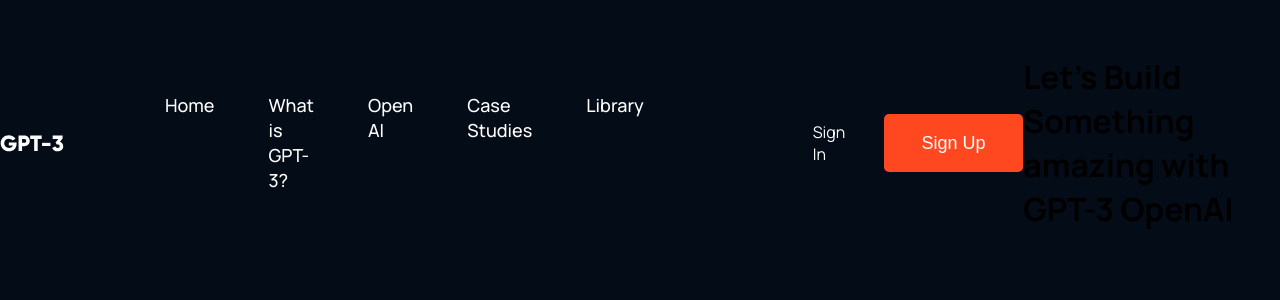
Repository: guilhermecardoso93/lp-gpt3
Page: index.html
These files come from the project's save history. The page is drawn as it stood at one moment and after the next save; the edit follows.
The browser window is 1280 px wide. The pictures show the whole page.

Above is the page before, as saved 2022-08-22 23:15:47.

After the next save:
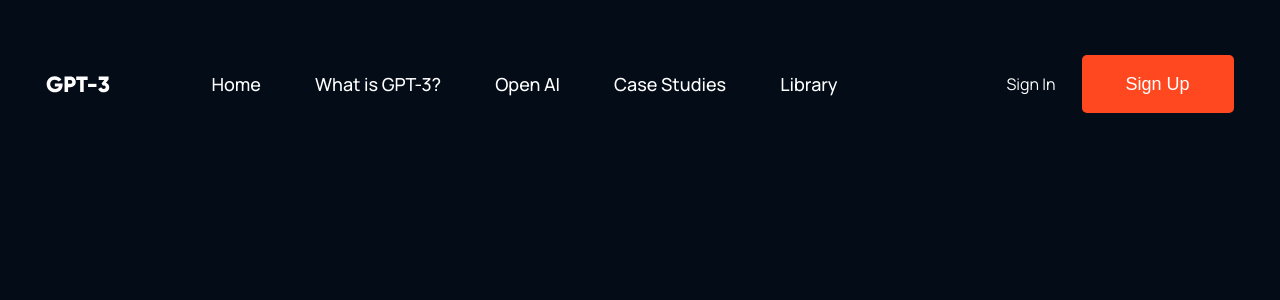
Saved 45 s later.
--- a/index.html
+++ b/index.html
@@ -33,18 +33,7 @@
 
     </header>
     <main>
-      <div class="content">
-        <div class="title">
-          <h1>
-            Let’s Build Something
-            amazing with GPT-3
-            OpenAI
-          </h1>
-        </div>
-        <div>
-
-        </div>
-      </div>
+      <div class="hero">
 
       </div>
     </main>

After the save that followed:
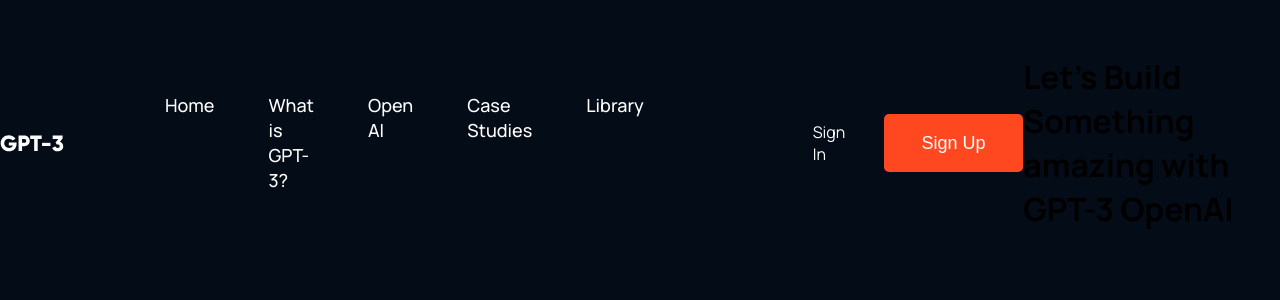
Saved 6 s later.
--- a/index.html
+++ b/index.html
@@ -33,8 +33,17 @@
 
     </header>
     <main>
-      <div class="hero">
+      <div class="content">
+        <div class="title">
+          <h1>
+            Let’s Build Something
+            amazing with GPT-3
+            OpenAI
+          </h1>
+        </div>
+        <div>
 
+        </div>
       </div>
     </main>
   </div>
